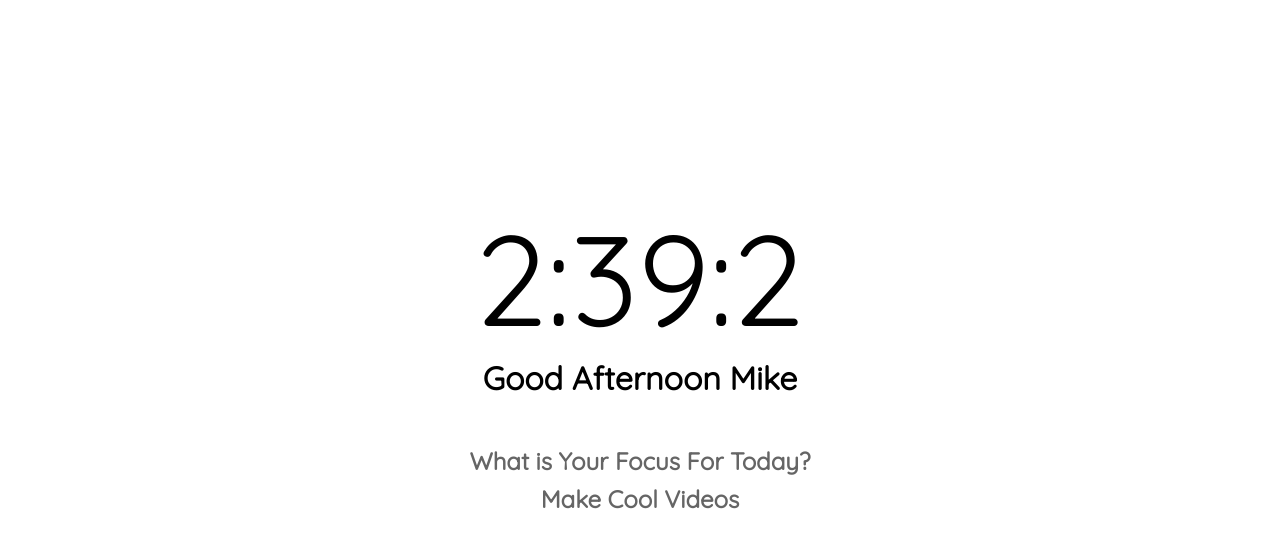
Repository: shadowmare358/focusApp
Page: index.html
These files come from the project's save history. The page is drawn as it stood at one moment and after a run of saves; the edit follows.
The browser window is 1280 px wide. The pictures show the whole page.

Above is the page before, as saved 2019-08-13 18:10:50.

After the next 3 saves:
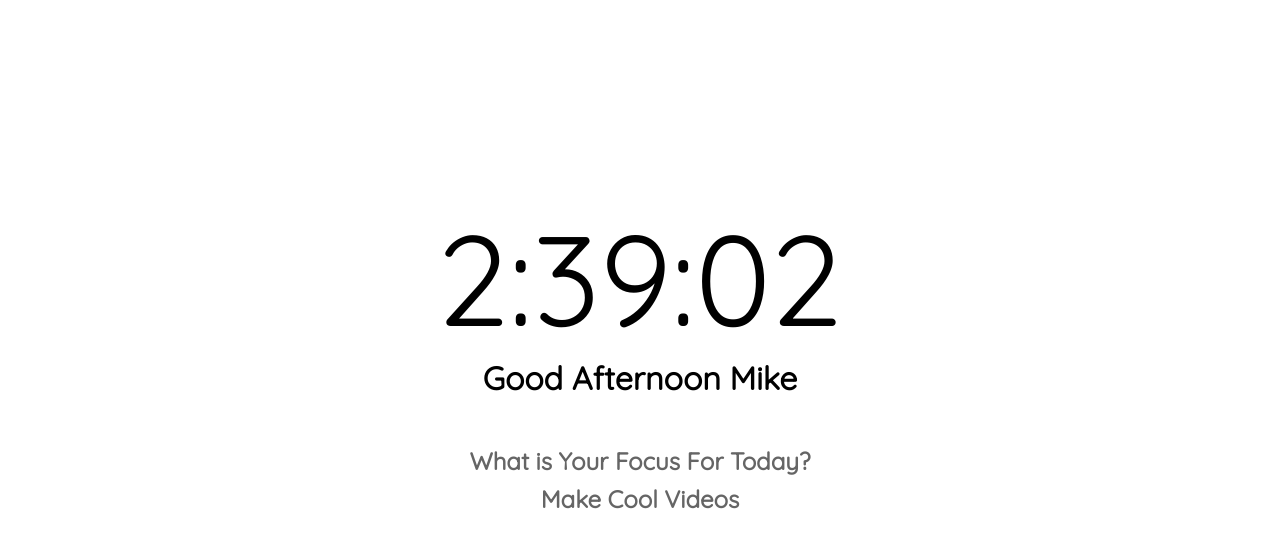
The 3 saves are shown as one change because they came seconds apart.
The last was saved 10 s later.
--- a/js/main.js
+++ b/js/main.js
@@ -13,7 +13,7 @@ function showTime() {
  sec =
     hour = hour % 12 || 12;
 
-    time.innerHTML = `${hour}<span>:</span>${addZero(min)}<span>:</span>${sec}`;
+    time.innerHTML = `${hour}<span>:</span>${addZero(min)}<span>:</span>${addZero(sec)}`;
 
     setTimeout(showTime, 1000);
 }
